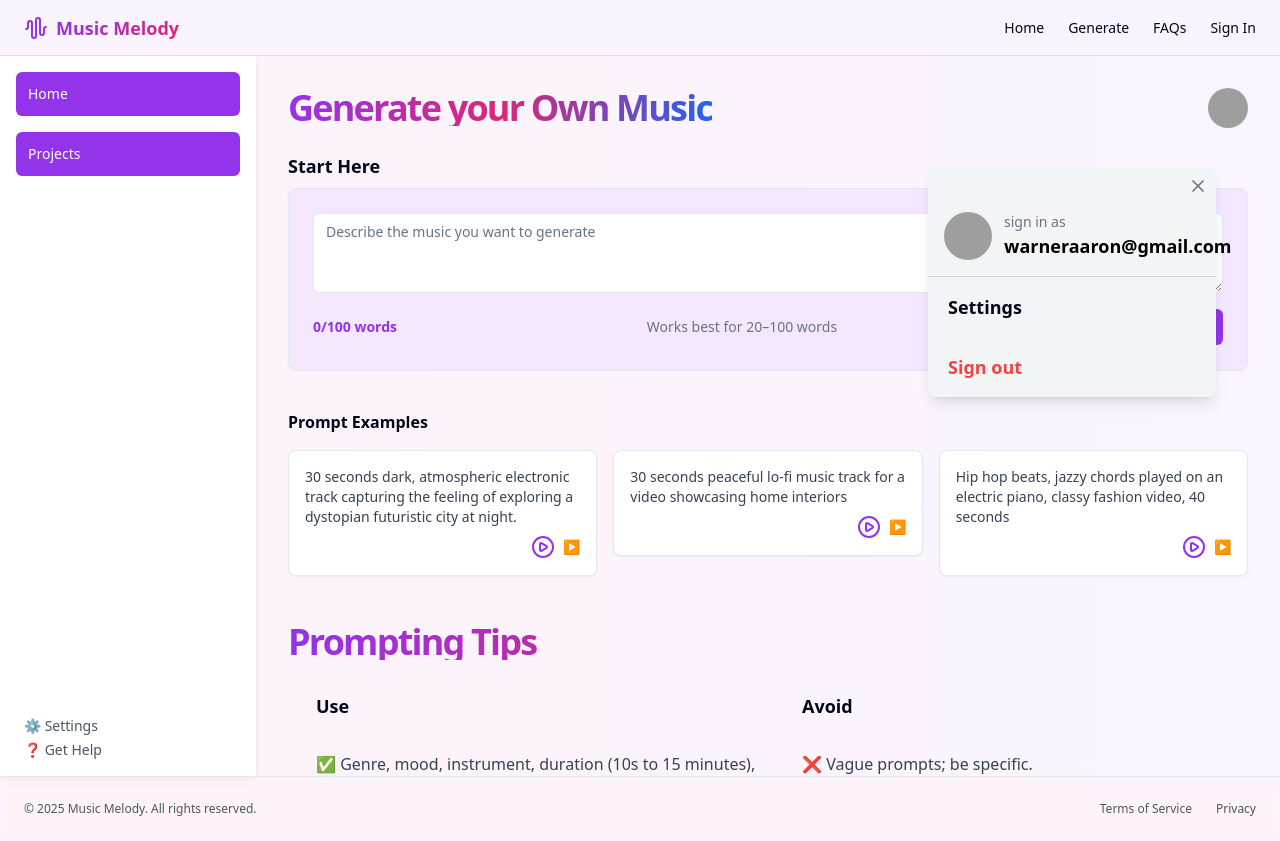
Repository: Aadityakesarwani/musicMelody
Page: /MusicMelodyUI, after clicking the first element matching `div.relative > div`
The author's editor kept a copy of each file at every save. The page is drawn from the files as they stood at one save, then again after the next save.
The browser window is 1280 px wide. The pictures show the whole page.
Pictures or frames that could not be fetched are drawn as grey boxes. An inner scrolling area shows only its first screen. The project was rebuilt for these pictures with package versions that can differ from the ones it lists, and the page was loaded fresh each time. Also part of the build but not shown: vite.config.js, src/components/ui/accordion.jsx, src/components/Faq.jsx, src/components/Hero.jsx, src/components/HowItWorks.jsx, src/context/AuthContext.jsx, src/components/SignIn.jsx, src/components/MusicSection.jsx and 7 more. Imported but missing from the stored project, and not drawn on this page: src/assets/1.mp4, src/assets/2.mp4, src/assets/3.mp4, src/assets/4.mp4, src/assets/5.mp4.

Above is the page before, as saved 2025-04-13 19:34:37.

### src/main.jsx
import './polyfills';
import React from 'react'
import ReactDOM from 'react-dom/client'
import App from './App'
import './index.css'

ReactDOM.createRoot(document.getElementById('root')).render(
  <React.StrictMode>
    <App />
  </React.StrictMode>,
)

### src/polyfills.js
// Add global polyfill for browser environment
if (typeof global === 'undefined') {
  window.global = window;
}

### src/App.jsx
import { BrowserRouter } from "react-router-dom";
import { Route, Routes } from "react-router-dom";

import FAQ from "./components/Faq";
import Footer from "./components/Footer";
import Header from "./components/Header";
import Hero from "./components/Hero";
import HowItWorks from "./components/HowItWorks";
import LoginSignUpPage from "./components/SignIn";
import MusicSection from "./components/MusicSection";
import MusicLandingPage from "./components/MusicLandingPage";
import MusicMelodyUI from "./components/MusicMelodyUI";
import CTA from "./components/Cta";
import ProjectDetails from "./components/ProjectDetails";
import Pricing from "./components/Pricing";
import TermsOfService from "./components/TermsOfService";
import Home from "./components/Home";

function App() {
  return (
    <BrowserRouter>
      <div className="flex flex-col min-h-screen bg-gradient-to-b from-purple-100 to-pink-100 dark:from-purple-900 dark:to-pink-900">
        <Header />
        <main className="flex-1">
          <Routes>
            <Route path="/LoginSignUpPage" element={<LoginSignUpPage />} />
            <Route path="/MusicLandingPage" element={<MusicLandingPage />} />
            <Route path="/MusicMelodyUI" element={<MusicMelodyUI />} />
            <Route path="/ProjectDetails" element={<ProjectDetails />} />
            <Route path="/Pricing" element={<Pricing />} />
            <Route path="/TermsOfService" element={<TermsOfService />} />
            <Route path="/Home" element={<Home />} />
            <Route
              path="/"
              element={
                <div className="flex flex-col gap-8">
                  <section id="hero">
                    <Hero />
                  </section>
                  <section id="music-section">
                    <MusicSection />
                  </section>
                  <section id="howitworks">
                    <HowItWorks />
                  </section>
                  <section id="faqs">
                    <FAQ />
                  </section>
                  <section id="cta">
                    <CTA />
                  </section>
                </div>
              }
            />
          </Routes>
        </main>
        <Footer />
      </div>
    </BrowserRouter>
  );
}

export default App;

### src/components/Footer.jsx
import React from 'react';
import { Link } from 'react-router-dom'; // Import Link from react-router-dom

export default function Footer() {
  return (
    <footer className="flex flex-col gap-2 sm:flex-row py-6 w-full shrink-0 items-center px-4 md:px-6 border-t bg-white/50 backdrop-blur-sm dark:bg-gray-800/50">
      <p className="text-xs text-gray-600 dark:text-gray-400">
        © {new Date().getFullYear()} Music Melody. All rights reserved.
      </p>
      <nav className="sm:ml-auto flex gap-4 sm:gap-6">
        {/* Link to the Terms of Service page */}
        <Link
          className="text-xs hover:underline underline-offset-4 text-gray-600 hover:text-purple-600 dark:text-gray-400 dark:hover:text-purple-400"
          to="/TermsOfService" // Use the path you defined for Terms of Service in your router
        >
          Terms of Service
        </Link>
        <Link
          className="text-xs hover:underline underline-offset-4 text-gray-600 hover:text-purple-600 dark:text-gray-400 dark:hover:text-purple-400"
          to="/Privacy" // Use the path you defined for Privacy Policy in your router
        >
          Privacy
        </Link>
      </nav>
    </footer>
  );
}

### src/components/Header.jsx
import { AudioWaveform, Menu, X } from "lucide-react";
import { Link, useLocation } from "react-router-dom";
import { useState } from "react";

export default function Header() {
  const location = useLocation();
  const [isMenuOpen, setIsMenuOpen] = useState(false);

  const scrollToSection = (sectionId) => {
    if (location.pathname === '/') {
      const element = document.getElementById(sectionId);
      if (element) {
        element.scrollIntoView({ behavior: 'smooth' });
      }
    }
    setIsMenuOpen(false);
  };

  return (
    <header className="sticky top-0 z-50 px-4 lg:px-6 h-14 flex items-center border-b border-purple-200 dark:border-purple-800 bg-white/50 backdrop-blur-sm dark:bg-gray-800/50">
      <Link
        to="/"
        onClick={() => scrollToSection('hero')}
        className="flex items-center justify-center"
      >
        <AudioWaveform className="h-6 w-6 text-purple-600 dark:text-purple-400" />
        <span className="ml-2 text-lg font-bold bg-clip-text text-transparent bg-gradient-to-r from-purple-600 to-pink-600 dark:from-purple-400 dark:to-pink-400">
          Music Melody
        </span>
      </Link>

      {/* Hamburger Menu */}
      <button
        onClick={() => setIsMenuOpen(!isMenuOpen)}
        className="ml-auto md:hidden"
      >
        {isMenuOpen ? (
          <X className="h-6 w-6 text-purple-600 dark:text-purple-400" />
        ) : (
          <Menu className="h-6 w-6 text-purple-600 dark:text-purple-400" />
        )}
      </button>

      {/* Desktop Navigation */}
      <nav className="ml-auto hidden md:flex gap-4 sm:gap-6">
        <Link
          to="/"
          onClick={() => scrollToSection('hero')}
          className="text-sm font-medium hover:text-purple-600 dark:hover:text-purple-400 transition-colors"
        >
          Home
        </Link>
        <Link
          to="/MusicLandingPage"
          className="text-sm font-medium hover:text-purple-600 dark:hover:text-purple-400 transition-colors"
        >
          Generate
        </Link>
        <Link
          to="/"
          onClick={() => scrollToSection('faqs')}
          className="text-sm font-medium hover:text-purple-600 dark:hover:text-purple-400 transition-colors"
        >
          FAQs
        </Link>
        <Link
          to="/LoginSignUpPage"
          className="text-sm font-medium hover:text-purple-600 dark:hover:text-purple-400 transition-colors"
        >
          Sign In
        </Link>
      </nav>

      {/* Mobile Navigation */}
      {isMenuOpen && (
        <div className="absolute top-14 left-0 right-0 bg-white dark:bg-gray-800 border-b border-purple-200 dark:border-purple-800 md:hidden">
          <nav className="flex flex-col p-4">
            <Link
              to="/"
              onClick={() => scrollToSection('hero')}
              className="py-2 text-sm font-medium hover:text-purple-600 dark:hover:text-purple-400 transition-colors"
            >
              Home
            </Link>
            <Link
              to="/"
              onClick={() => scrollToSection('generator')}
              className="py-2 text-sm font-medium hover:text-purple-600 dark:hover:text-purple-400 transition-colors"
            >
              Generate
            </Link>
            <Link
              to="/"
              onClick={() => scrollToSection('faqs')}
              className="py-2 text-sm font-medium hover:text-purple-600 dark:hover:text-purple-400 transition-colors"
            >
              FAQs
            </Link>
            <Link
              to="/LoginSignUpPage"
              className="py-2 text-sm font-medium hover:text-purple-600 dark:hover:text-purple-400 transition-colors"
            >
              Sign In
            </Link>
          </nav>
        </div>
      )}
    </header>
  );
}

### src/components/MusicMelodyUI.jsx
import { useState } from "react";
import { motion } from "framer-motion";
import { Button } from "./ui/button";
import { Link } from "react-router-dom";
import { Card } from "./ui/card";
import { Avatar, AvatarImage } from "./ui/avatar";
import { Textarea } from "./ui/textarea";
import { CirclePlay } from "lucide-react";
import AccountPanel from "./AccountPanel"; // Ensure path is correct

export default function MusicMelodyUI() {
  const [showPanel, setShowPanel] = useState(false);
  const togglePanel = () => setShowPanel(!showPanel);

  return (
    <div className="flex h-screen bg-gradient-to-r from-pink-50 to-purple-50">
      {/* Sidebar */}
      <aside className="w-1/5 p-4 bg-white shadow-md flex flex-col justify-between">
        <div>
          <nav className="space-y-2">
            <Link to="/MusicLandingPage">
              <Button
                variant="default"
                className="w-full justify-start bg-purple-600 hover:bg-purple-700 text-white px-3 py-3 mb-4"
              >
                Home
              </Button>
            </Link>
            <Link to="/ProjectDetails">
              <Button
                variant="outline"
                className="w-full justify-start bg-purple-600 hover:bg-purple-700 text-white px-3 py-3"
              >
                Projects
              </Button>
            </Link>
          </nav>
        </div>
        <div className="space-y-1 text-sm text-gray-600 pl-2">
          <div className="cursor-pointer">⚙️ Settings</div>
          <div className="cursor-pointer">❓ Get Help</div>
        </div>
      </aside>

      {/* Main Content */}
      <main className="flex-1 p-8 overflow-auto">
        {/* Header */}
        <motion.header
          initial={{ opacity: 0 }}
          animate={{ opacity: 1 }}
          transition={{ duration: 0.5 }}
          className="flex justify-between items-center"
        >
          <h1
            className="text-2xl font-bold tracking-tighter sm:text-2xl md:text-2xl lg:text-4xl/none bg-clip-text text-transparent
           bg-gradient-to-r from-purple-600 via-pink-600 to-blue-600 dark:from-purple-400
           dark:via-pink-400 dark:to-blue-400"
          >
            Generate your Own Music
          </h1>
          <div className="relative">
            <div onClick={togglePanel} className="cursor-pointer">
              <Avatar>
                <AvatarImage src="https://github.com/shadcn.png" alt="User avatar" />
              </Avatar>
            </div>
            {showPanel && <AccountPanel onClose={() => setShowPanel(false)} />}
          </div>
        </motion.header>

        {/* Input Section */}
        <section className="mt-6">
          <h2 className="text-lg font-semibold mb-2">Start Here</h2>
          <Card className="p-6 bg-purple-100">
            <Textarea
              placeholder="Describe the music you want to generate"
              className="bg-white mb-4"
            />
            <div className="flex justify-between items-center text-sm">
              <span className="text-purple-600 font-bold">0/100 words</span>
              <span className="text-gray-500">Works best for 20–100 words</span>
              <Link to="/home">
                <Button
                  variant="default"
                  className="bg-purple-600 hover:bg-purple-700 text-white px-4 py-2"
                >
                  Compose Music
                </Button>
              </Link>
            </div>
          </Card>
        </section>

        {/* Prompt Examples */}
        <section className="mt-10">
          <h3 className="text-md font-semibold mb-4">Prompt Examples</h3>
          <div className="grid grid-cols-1 md:grid-cols-3 gap-4">
            {[
              "30 seconds dark, atmospheric electronic track capturing the feeling of exploring a dystopian futuristic city at night.",
              "30 seconds peaceful lo-fi music track for a video showcasing home interiors",
              "Hip hop beats, jazzy chords played on an electric piano, classy fashion video, 40 seconds",
            ].map((prompt, index) => (
              <motion.div
                key={index}
                initial={{ opacity: 0 }}
                animate={{ opacity: 1 }}
                transition={{ duration: 0.5, delay: index * 0.1 }}
              >
                <Card className="p-4">
                  <p className="text-sm text-gray-700">{prompt}</p>
                  <div className="flex justify-end mt-2 gap-2">
                    <CirclePlay className="cursor-pointer text-purple-600" />
                    <Button variant="ghost" size="icon">
                      ▶
                    </Button>
                  </div>
                </Card>
              </motion.div>
            ))}
          </div>
        </section>

        {/* Prompting Tips Section */}
        <section className="mt-12  space-y-4 space-x-7 mb-7">
          <h3
            className="text-xl font-bold tracking-tighter sm:text-2xl md:text-2xl lg:text-4xl/none bg-clip-text text-transparent
           bg-gradient-to-r from-purple-600 via-pink-600 to-blue-600 dark:from-purple-400
           dark:via-pink-400 dark:to-blue-400 mb-8"
          >
            Prompting Tips
          </h3>
          <div className="grid grid-cols-1 md:grid-cols-2 gap-10">
            {/* Use Column */}
            <div>
              <h4 className="text-lg font-semibold mb-8">Use</h4>
              <ul className="space-y-4 text-gray-700">
                <li>✅ Genre, mood, instrument, duration (10s to 15 minutes), or tempo in any combination.</li>
                <li>✅ Genre like ambient, cinematic, lo-fi, electronic, rock, hio-hop for best results.</li>
                <li>✅ Keywords to mention the intended use (e.g., podcast, game)</li>
                <li>✅ Descriptive adjectives (e.g., dreamy, energetic) for tailored outputs.</li>
              </ul>
            </div>

            {/* Avoid Column */}
            <div>
              <h4 className="text-lg font-semibold mb-8">Avoid</h4>
              <ul className="space-y-4 text-gray-700">
                <li>❌ Vague prompts; be specific.</li>
                <li>❌ Musical terms like keys, scales, or time signatures.</li>
                <li>❌ Asking for vocals, sounds effective or foiey.</li>
                <li>❌ Including lyrics or scripts in prompts.</li>
              </ul>
            </div>
          </div>
        </section>
      </main>
    </div>
  );
}

### src/components/ui/button.jsx
import * as React from "react";
import { Slot } from "@radix-ui/react-slot";
import { cn } from "../../lib/utils";

const Button = React.forwardRef(
  // eslint-disable-next-line react/prop-types
  ({ className, asChild = false, ...props }, ref) => {
    const Comp = asChild ? Slot : "button";
    return (
      <Comp
        className={cn(
          "inline-flex items-center justify-center whitespace-nowrap rounded-md text-sm font-medium transition-colors focus-visible:outline-none focus-visible:ring-1 focus-visible:ring-ring disabled:pointer-events-none disabled:opacity-50",
          className
        )}
        ref={ref}
        {...props}
      />
    );
  }
);

Button.displayName = "Button";

export { Button };

### src/components/ui/card.jsx
import * as React from "react";
import PropTypes from "prop-types"; // Import PropTypes for validation
import { cn } from "../../lib/utils";

const Card = React.forwardRef(({ className, ...props }, ref) => (
  <div
    ref={ref}
    className={cn(
      "rounded-lg border bg-card text-card-foreground shadow-sm",
      className
    )}
    {...props}
  />
));
Card.displayName = "Card";

// PropType validation
Card.propTypes = {
  className: PropTypes.string,
  children: PropTypes.node,
};

const CardHeader = React.forwardRef(({ className, ...props }, ref) => (
  <div
    ref={ref}
    className={cn("flex flex-col space-y-1.5 p-6", className)}
    {...props}
  />
));
CardHeader.displayName = "CardHeader";

// PropType validation
CardHeader.propTypes = {
  className: PropTypes.string,
  children: PropTypes.node,
};

const CardTitle = React.forwardRef(({ className, ...props }, ref) => (
  <h3
    ref={ref}
    className={cn(
      "text-2xl font-semibold leading-none tracking-tight",
      className
    )}
    {...props}
  />
));
CardTitle.displayName = "CardTitle";

// PropType validation
CardTitle.propTypes = {
  className: PropTypes.string,
  children: PropTypes.node,
};

const CardDescription = React.forwardRef(({ className, ...props }, ref) => (
  <p
    ref={ref}
    className={cn("text-sm text-muted-foreground", className)}
    {...props}
  />
));
CardDescription.displayName = "CardDescription";

// PropType validation
CardDescription.propTypes = {
  className: PropTypes.string,
  children: PropTypes.node,
};

const CardContent = React.forwardRef(({ className, ...props }, ref) => (
  <div ref={ref} className={cn("p-6 pt-0", className)} {...props} />
));
CardContent.displayName = "CardContent";

// PropType validation
CardContent.propTypes = {
  className: PropTypes.string,
  children: PropTypes.node,
};

const CardFooter = React.forwardRef(({ className, ...props }, ref) => (
  <div
    ref={ref}
    className={cn("flex items-center p-6 pt-0", className)}
    {...props}
  />
));
CardFooter.displayName = "CardFooter";

// PropType validation
CardFooter.propTypes = {
  className: PropTypes.string,
  children: PropTypes.node,
};

export { Card, CardHeader, CardFooter, CardTitle, CardDescription, CardContent };

### src/components/ui/avatar.jsx
import * as React from "react";
import PropTypes from "prop-types"; // For prop validation
import { cn } from "../../lib/utils"; // Utility for classNames

const Avatar = React.forwardRef(({ className, ...props }, ref) => (
  <div
    ref={ref}
    className={cn(
      "relative flex h-10 w-10 shrink-0 overflow-hidden rounded-full",
      className
    )}
    {...props}
  />
));
Avatar.displayName = "Avatar";

Avatar.propTypes = {
  className: PropTypes.string,
  children: PropTypes.node,
};

const AvatarImage = React.forwardRef(({ className, ...props }, ref) => (
  <img
    ref={ref}
    className={cn("aspect-square h-full w-full", className)}
    {...props}
  />
));
AvatarImage.displayName = "AvatarImage";

AvatarImage.propTypes = {
  className: PropTypes.string,
  src: PropTypes.string.isRequired,
  alt: PropTypes.string,
};

export { Avatar, AvatarImage };

### src/components/ui/textarea.jsx
import * as React from "react";
import { cn } from "../../lib/utils";

// eslint-disable-next-line react/prop-types
const Textarea = React.forwardRef(({ className, ...props }, ref) => {
  return (
    <textarea
      className={cn(
        "flex min-h-[80px] w-full rounded-md border border-input bg-background px-3 py-2 text-sm ring-offset-background placeholder:text-muted-foreground focus-visible:outline-none focus-visible:ring-2 focus-visible:ring-ring focus-visible:ring-offset-2 disabled:cursor-not-allowed disabled:opacity-50",
        className
      )}
      ref={ref}
      {...props}
    />
  );
});

Textarea.displayName = "Textarea";

export { Textarea };

### src/components/AccountPanel.jsx
import { Button } from "./ui/button";
import { Avatar, AvatarImage } from "./ui/avatar";
import { X } from "lucide-react";

export default function AccountPanel({ onClose }) {
  return (
    <div className="absolute top-20 right-8 bg-gray-100 shadow-lg rounded-lg w-72 z-50">
      {/* Close Button */}
      <div className="flex justify-end p-2">
        <button onClick={onClose} className="text-gray-500 hover:text-black">
          <X className="w-5 h-5" />
        </button>
      </div>

      {/* User Info */}
      <div className="flex items-center p-4 gap-3 -mt-2">
        <Avatar className="w-12 h-12">
          <AvatarImage src="https://github.com/shadcn.png" />
        </Avatar>
        <div>
          <p className="text-sm text-gray-500">sign in as</p>
          <p className="font-semibold text-lg text-black">warneraaron@gmail.com</p>
        </div>
      </div>

      {/* Buttons */}
      <div className="border-t border-gray-300">
        <Button variant="ghost" className="w-full justify-start px-5 py-4 text-lg font-semibold">
          Settings
        </Button>
        <Button variant="ghost" className="w-full justify-start px-5 py-4 text-lg font-semibold text-red-500">
          Sign out
        </Button>
      </div>
    </div>
  );
}

### tailwind.config.js
/** @type {import('tailwindcss').Config} */
export default {
  darkMode: ["class"],
  content: [
    "./index.html",
    "./src/**/*.{js,ts,jsx,tsx}",
  ],
  theme: {
    container: {
      center: true,
      padding: "2rem",
      screens: {
        "2xl": "1400px",
      },
    },
    extend: {
      colors: {
        border: "hsl(var(--border))",
        input: "hsl(var(--input))",
        ring: "hsl(var(--ring))",
        background: "hsl(var(--background))",
        foreground: "hsl(var(--foreground))",
        primary: {
          DEFAULT: "hsl(var(--primary))",
          foreground: "hsl(var(--primary-foreground))",
        },
        secondary: {
          DEFAULT: "hsl(var(--secondary))",
          foreground: "hsl(var(--secondary-foreground))",
        },
        destructive: {
          DEFAULT: "hsl(var(--destructive))",
          foreground: "hsl(var(--destructive-foreground))",
        },
        muted: {
          DEFAULT: "hsl(var(--muted))",
          foreground: "hsl(var(--muted-foreground))",
        },
        accent: {
          DEFAULT: "hsl(var(--accent))",
          foreground: "hsl(var(--accent-foreground))",
        },
        popover: {
          DEFAULT: "hsl(var(--popover))",
          foreground: "hsl(var(--popover-foreground))",
        },
        card: {
          DEFAULT: "hsl(var(--card))",
          foreground: "hsl(var(--card-foreground))",
        },
      },
      borderRadius: {
        lg: "var(--radius)",
        md: "calc(var(--radius) - 2px)",
        sm: "calc(var(--radius) - 4px)",
      },
      keyframes: {
        "accordion-down": {
          from: { height: 0 },
          to: { height: "var(--radix-accordion-content-height)" },
        },
        "accordion-up": {
          from: { height: "var(--radix-accordion-content-height)" },
          to: { height: 0 },
        },
      },
      animation: {
        "accordion-down": "accordion-down 0.2s ease-out",
        "accordion-up": "accordion-up 0.2s ease-out",
      },
    },
  },
  plugins: [require("tailwindcss-animate")],
}

Loaded but not shown: index.html (common file); src/index.css (common file); src/lib/utils.js (common file)

After the next save:
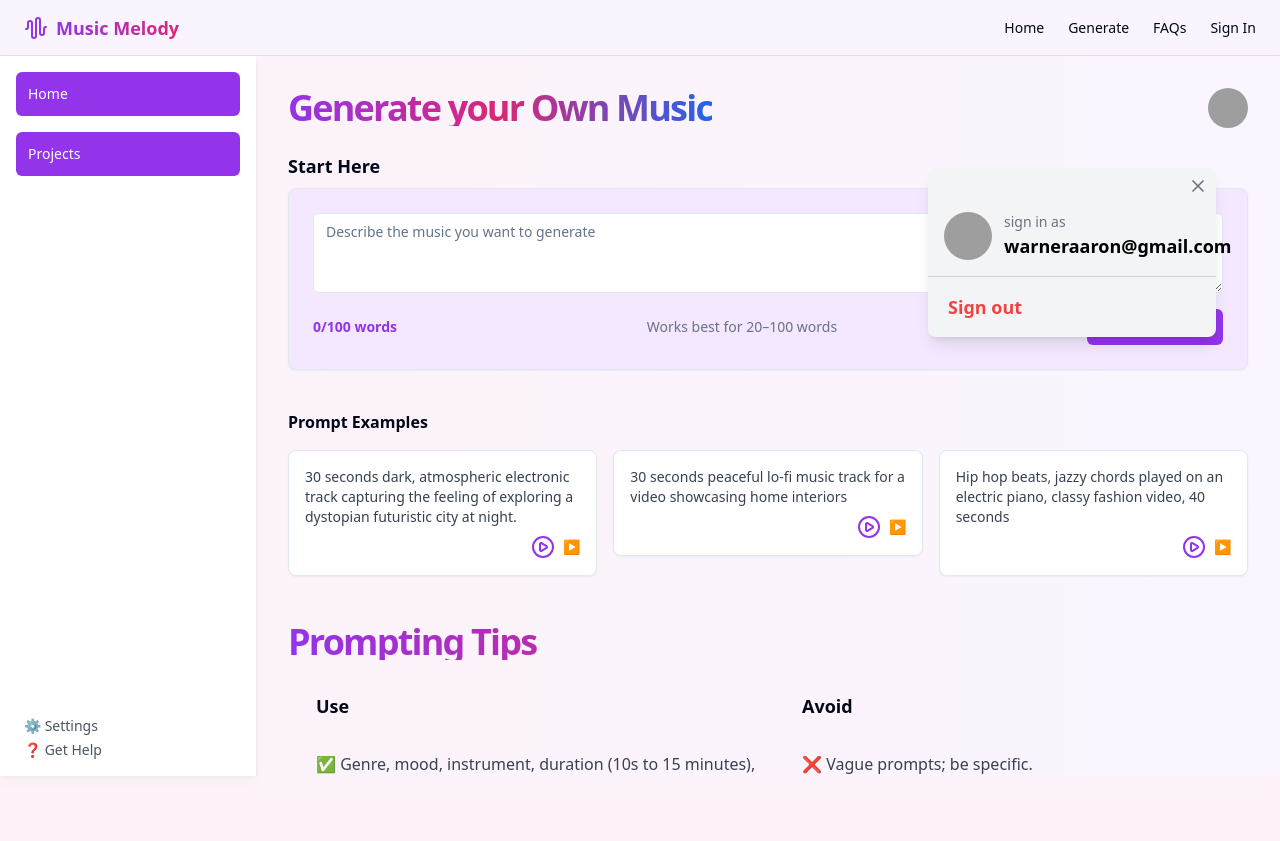
Saved 25 s later.
--- a/src/components/AccountPanel.jsx
+++ b/src/components/AccountPanel.jsx
@@ -25,9 +25,7 @@ export default function AccountPanel({ onClose }) {
 
       {/* Buttons */}
       <div className="border-t border-gray-300">
-        <Button variant="ghost" className="w-full justify-start px-5 py-4 text-lg font-semibold">
-          Settings
-        </Button>
+
         <Button variant="ghost" className="w-full justify-start px-5 py-4 text-lg font-semibold text-red-500">
           Sign out
         </Button>
